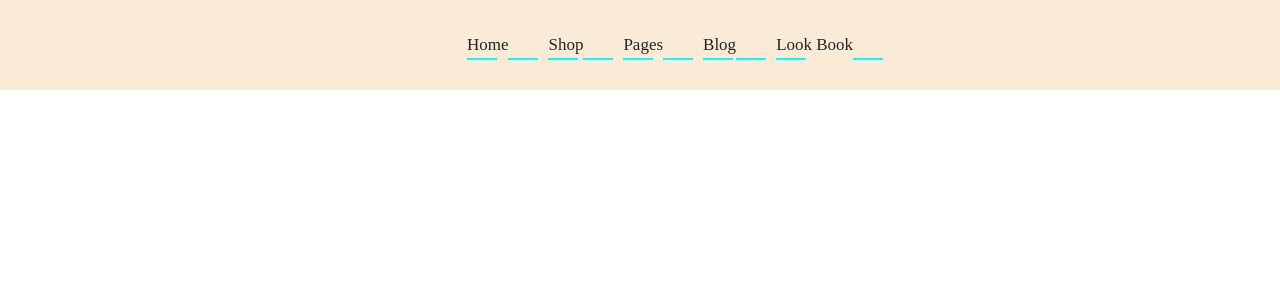
Repository: MorgunovaAlexandra/beauti
Page: index.html
An editor plug-in stored every save of this project. The page is shown before and after a run of saves, followed by the edit.
The browser window is 1280 px wide. The pictures show the whole page.

Above is the page before, as saved 2022-08-24 12:17:52.

After the next 2 saves:
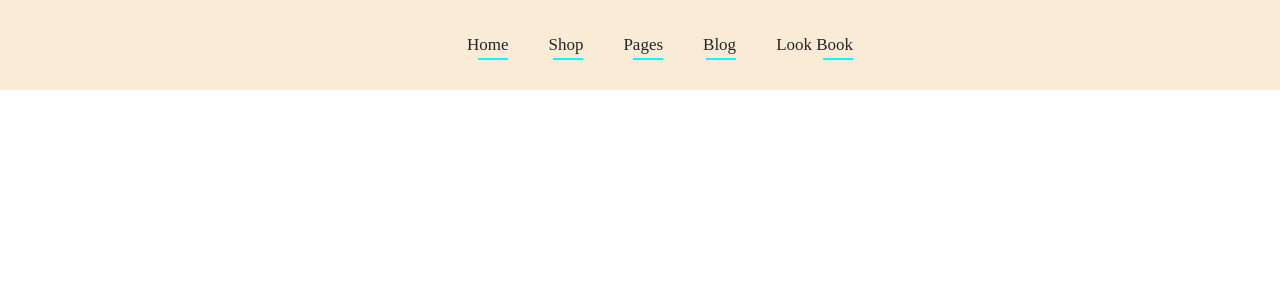
The 2 saves are shown as one change because they came seconds apart.
The last was saved 7 s later.
--- a/style.css
+++ b/style.css
@@ -59,8 +59,7 @@ html,body{
    width: 30px;
    background-color: aqua;
    bottom:-5px;
-   ri
-
+   right: 0%;
 }
 @keyframes slidein {
     from {
